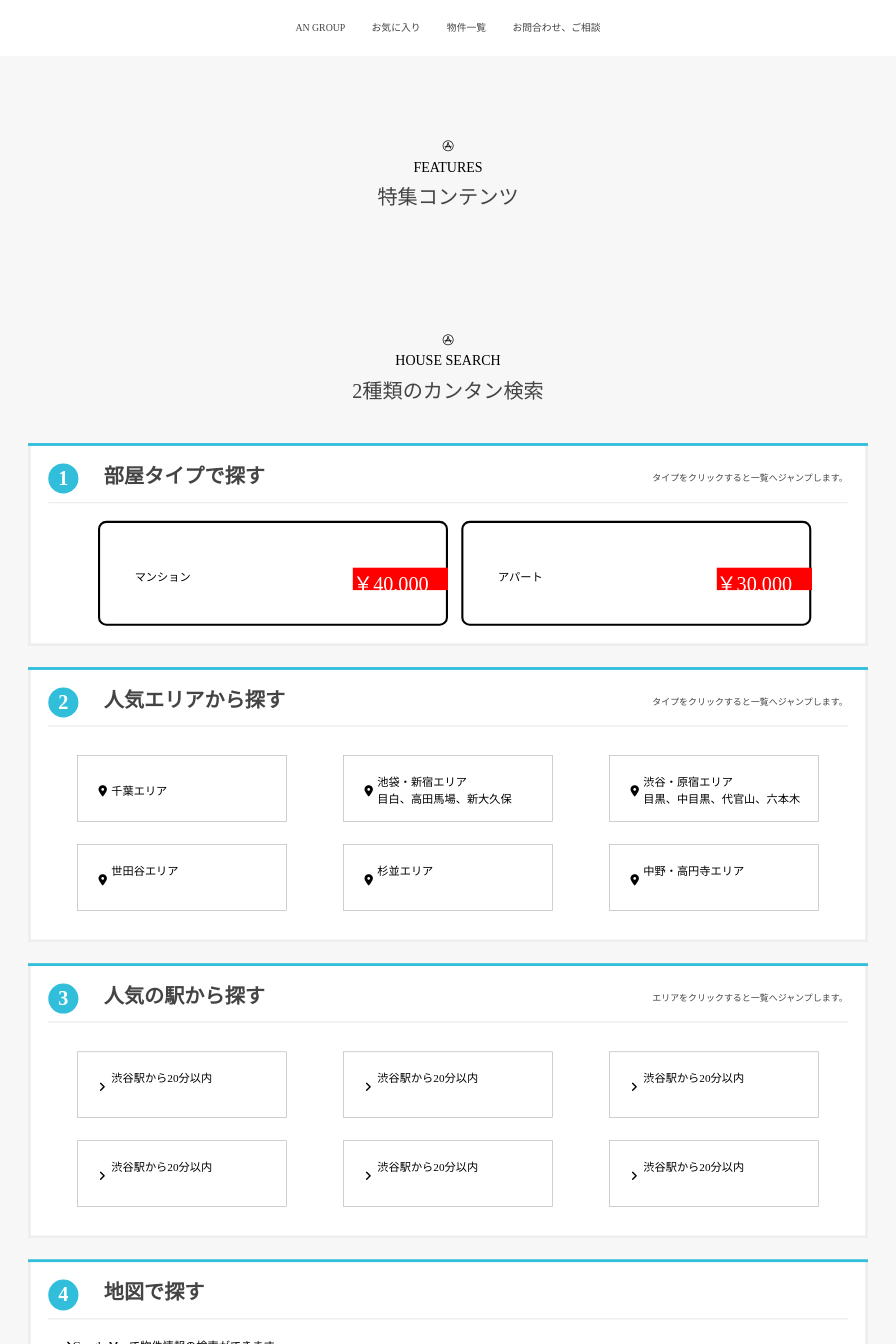
Repository: ninhdavid/real-estate
Page: index.html
The author's editor kept a copy of each file at every save. The page is drawn from the files as they stood at one save, then again after the next save.
The browser window is 1280 px wide. The pictures show the part of the page from y = 0 to 1920 px (the page is 3289 px tall), at 70% of full size.
Some web libraries are served in a nearby version. The style sheet was rebuilt from its Sass, Less or Tailwind sources for each picture, by a compiler version that may differ from the author's.

Above is the page before, as saved 2022-05-27 20:34:22.

### index.html
<!DOCTYPE html>
<html lang="en">

<head>
    <meta charset="UTF-8">
    <meta http-equiv="X-UA-Compatible" content="IE=edge">
    <meta name="viewport" content="width=device-width, initial-scale=1.0">
    <link rel="stylesheet" href="css/main.css">
    <script src="https://kit.fontawesome.com/691ec27588.js" crossorigin="anonymous"></script>
    <title>Document</title>
</head>

<body>
    <div class="main-container">
        <div class="header">
            <div class="img-header"></div>
        </div>
        <div class="main-nav">
            <ul id="nav">
                <li><a class="nav-img" href="#">
                        <!-- <img src="./asset/img/logo/logo-edited.png" alt=""> -->
                        AN GROUP
                    </a></li>
                <li><a href="#">お気に入り</a></li>
                <li><a href="#">物件一覧</a></li>
                <li><a href="#">お問合わせ、ご相談</a></li>
            </ul>
        </div>
        <div class="content">
            <div class="content-section">
                <div class="title-section">
                    <i class="fa-brands fa-app-store"></i>
                    <p>FEATURES</p>
                    <p>特集コンテンツ</p>
                </div>
                <div id="slider"> </div>
            </div>
            <div class="content-section search-section">
                <div class="title-section">
                    <i class="fa-brands fa-app-store"></i>
                    <p>HOUSE SEARCH</p>
                    <p>2種類のカンタン検索</p>
                </div>
                <div class="content-area">
                    <div class="content-box">
                        <div class="title-area">
                            <h3>
                                <span>1</span>
                                部屋タイプで探す
                            </h3>
                            <p>タイプをクリックすると一覧へジャンプします。</p>
                        </div>
                        <div class="type-list">
                            <div class="type-list-des house-type">
                                <div class="list-bg"></div>
                                <p class="list-title">マンション</p>
                                <p class="list-price">￥40,000</p>
                            </div>
                            <div class="type-list-des house-type">
                                <div class="list-bg"></div>
                                <p class="list-title">アパート</p>
                                <p class="list-price">￥30,000</p>
                            </div>
                        </div>
                    </div>
                    <div class="content-box">
                        <div class="title-area">
                            <h3>
                                <span>2</span>
                                人気エリアから探す
                            </h3>
                            <p>タイプをクリックすると一覧へジャンプします。</p>
                        </div>
                        <div class="type-list location-list">
                            <div class="type-list-des location-des location-des-center">
                                <i class="fa-solid fa-location-dot"></i>
                                <p>千葉エリア</p>
                            </div>
                            <div class="type-list-des location-des">
                                <i class="fa-solid fa-location-dot"></i>
                                <p>池袋・新宿エリア</p>
                                <p>目白、高田馬場、新大久保</p>
                            </div>
                            <div class="type-list-des location-des">
                                <i class="fa-solid fa-location-dot"></i>
                                <p>渋谷・原宿エリア</p>
                                <p>目黒、中目黒、代官山、六本木</p>
                            </div>
                            <div class="type-list-des location-des">
                                <i class="fa-solid fa-location-dot"></i>
                                <p>世田谷エリア</p>
                                <p></p>
                            </div>
                            <div class="type-list-des location-des">
                                <i class="fa-solid fa-location-dot"></i>
                                <p>杉並エリア</p>
                                <p></p>
                            </div>
                            <div class="type-list-des location-des">
                                <i class="fa-solid fa-location-dot"></i>
                                <p>中野・高円寺エリア</p>
                            </div>
                        </div>
                    </div>
                    <div class="content-box">
                        <div class="title-area">
                            <h3>
                                <span>3</span>
                                人気の駅から探す
                            </h3>
                            <p>エリアをクリックすると一覧へジャンプします。</p>
                        </div>
                        <div class="type-list station-list">
                            <div class="type-list-des station-des">
                                <i class="fa-solid fa-angle-right"></i>
                                <p>渋谷駅から</p>
                                <p>20分以内</p>
                            </div>
                            <div class="type-list-des station-des">
                                <i class="fa-solid fa-angle-right"></i>
                                <p>渋谷駅から</p>
                                <p>20分以内</p>
                            </div>
                            <div class="type-list-des station-des">
                                <i class="fa-solid fa-angle-right"></i>
                                <p>渋谷駅から</p>
                                <p>20分以内</p>
                            </div>
                            <div class="type-list-des station-des">
                                <i class="fa-solid fa-angle-right"></i>
                                <p>渋谷駅から</p>
                                <p>20分以内</p>
                            </div>
                            <div class="type-list-des station-des">
                                <i class="fa-solid fa-angle-right"></i>
                                <p>渋谷駅から</p>
                                <p>20分以内</p>
                            </div>
                            <div class="type-list-des station-des">
                                <i class="fa-solid fa-angle-right"></i>
                                <p>渋谷駅から</p>
                                <p>20分以内</p>
                            </div>
                        </div>
                    </div>
                    <div class="content-box">
                        <div class="title-area">
                            <h3>
                                <span>4</span>
                                地図で探す
                            </h3>
                        </div>
                        <div class="type-list map-list">
                            <i class="fa-solid fa-angle-right"></i>
                            <p>Google Map</p>
                            <p>で物件情報の検索ができます</p>
                        </div>
                    </div>
                </div>
            </div>
            <div class="content-section">
                <div class="title-section">
                    <i class="fa-brands fa-app-store"></i>
                    <p>PICK UP!!</p>
                    <p>ピックアップ物件</p>
                </div>
                <div class="house-list-show">
                    <div class="house-1"></div>
                    <div class="house-2"></div>
                    <div class="house-3"></div>
                    <div class="house-4"></div>
                    <div class="house-5"></div>
                    <div class="house-6"></div>
                    <div class="house-7"></div>
                    <div class="house-8"></div>
                    <div class="house-9"></div>
                </div>
            </div>
        </div>

    </div>



</body>
<script src="asset/java-script/chat-online.js"></script>

</html>

### css/main.scss


*{
    padding: 0;
    margin: 0;
    box-sizing: border-box;
}

.main-nav{
    // height: 85px;
    background-color: #fff;
    width: 100%;
    z-index:10;
    height: 5em;
    text-align: center;
}
#nav{
    display:inline-block;
}
#nav,
.subnav {
    list-style-type: none;
}
#nav > li{
    display:inline-block;
}
#nav  li{
    position: relative;
    top:11px;
}
#nav li a{
    display: block;
    text-decoration: none;
    line-height: 24px;
    font-size: 14px;
    padding: 1.2em;
}
#nav>li>a{
    color: rgb(68,68,68);
    text-transform: uppercase;
}
// .nav-img{
//     background-image: url("/asset/img/logo/logo-edited.png");
//     height:80px;
//     width: 100px;
//     padding: 5px 0;
//     background-position: center; /* Center the image */
//     background-repeat: no-repeat; /* Do not repeat the image */
//     background-size: cover;
// }
.content{
    background-color: #f7f7f7;
    padding: 60px 5px;
}
.content-section{
    display: block;
    text-align: center;
    padding:60px 0;
}
.title-section{

}
.search-section{

}
.title-section i {

}
.tittle-section p{
    font-weight: bold;
}
.title-section>p:nth-of-type(1){
    font-size: 1.25em;
    line-height: 1;
    padding: 10px 0;
}
.title-section p:nth-of-type(2){
    font-size: 1.8em;
    // font-size: 32px;
    color: #444444;
    padding-bottom: 2em;
}
.content-area{
    width: 1200px;
    margin: 0 auto;
}

.content-box{
    // display:relative;
    width: 100%;
    padding: 25px;
    border: 4px solid #eeeeee;
    position: relative;
    margin-bottom:30px;
    background-color: #fff;
}
.content-box:before{
    content: "";
    display: block;
    position: absolute;
    left: -4px;
    top: -4px;
    width: calc(100% + 8px);
    height: 4px;
    background-color: #30bedb;
}
.content-box p {
    display: inline-block;
}
.title-area{
    display:flex;
    justify-content:space-between;
    // font-size: 1.8em;
    line-height: 1.2;
    text-align: center;
    align-items:center;
    padding-bottom: 0.7em;
    border-bottom: 2px solid #eeeeee;
}
.title-area h3{
    font-size: 1.8em;
    color: #444444;
}
.title-area>h3>span{
    width: 1.5em;
    line-height: 1.5em;
    background-color: #30bedb;
    color: #fff;
    display:inline-block;
    vertical-align: middle;
    margin-right: 1em;
    // font-size: 1.6428571429em;
    // font-size: 1.17em;
    font-weight: bold;
    text-align: center;
    border-radius: 50% 50% 50% 50%;
}
.title-area>p{
    font-size: 0.8em;
    color: #444444;
}
.type-list{
    padding: 25px 25px 0px 25px;
    display: flex;
    flex-wrap: wrap;
    flex-direction:row;
    justify-content: center;
}
.type-list-des{
    width: 500px;
    height:150px;
    position: relative;
}
.house-type{
    margin-left: 1.2em;
    border: 3px solid;
    border-radius: 12px;
}
.type-list-des > i{
    position: absolute;
    left: 10%;
    top: 45%;
}



.list-bg{
    position: absolute;
    background: no-repeat center center / cover;
    transition: all 0.3s ease;
    background-color: red;
}
.list-title{
    position:absolute;
    left: 10%;
    top: 45%;
}
.list-price{
    position:absolute;
    right: 5%;
    top: 45%;
    z-index: 1;
    font-size:1.8em;
    color: white;
}
.list-price::before{
    content:"";
    display: block;
    position: absolute;
    top: 0;
    left: 0;
    background-color: red;
    width:136px;
    height: 32px;
    z-index: -1;
}
.location-des-center>p{
    transform:translateY(55%)
}
.station-list,
.location-list{
    display: flex;
    justify-content:space-between;
}
.station-des
,.location-des{
    border:1px solid #bbbbbb;
    height:95px;
    width:300px;
    margin: 1em;
}
// .station-des i{
//     display:block;
//     float:left;
//     margin-top:15px;
// }
.station-des>p,
.location-des>p{
    float:left;
    position: relative;
    left: 3em;
    top: 1.5em;
}
// .station-list{
//     display: flex;
//     justify-content:space-between;
// }
// .station-des{
//     border:1px solid #bbbbbb;
//     height:95px;
//     width:300px;
//     margin: 1em;
// }

.map-list{
    display: flex;
    justify-content:flex-start;
    align-items:center;
}

.house-list-show{
    margin: 0 auto;
    display:grid;
    grid-template-areas:
    "a a b c"
    "d e f f"
    "g g h i";
    grid-template-rows: 300px 300px 300px;
    grid-template-columns: 25% 25% 25% 25%;
    width: 1200px;
}
.house-1{
    grid-area: a;
    background-color: red;
}
.house-2{
    grid-area: b;
    background-color: blue;
}
.house-3{
    grid-area: c;
    background-color: green;
}
.house-4{
    grid-area: d;
}
.house-5{
    grid-area: e;
}
.house-6{
    grid-area: f;
}
.house-7{
    grid-area: g;
}
.house-8{
    grid-area: h;
}
.house-9{
    grid-area: i;
}

Loaded but not shown: asset/java-script/chat-online.js (no stored copy; drawn as an empty file)

After the next save:
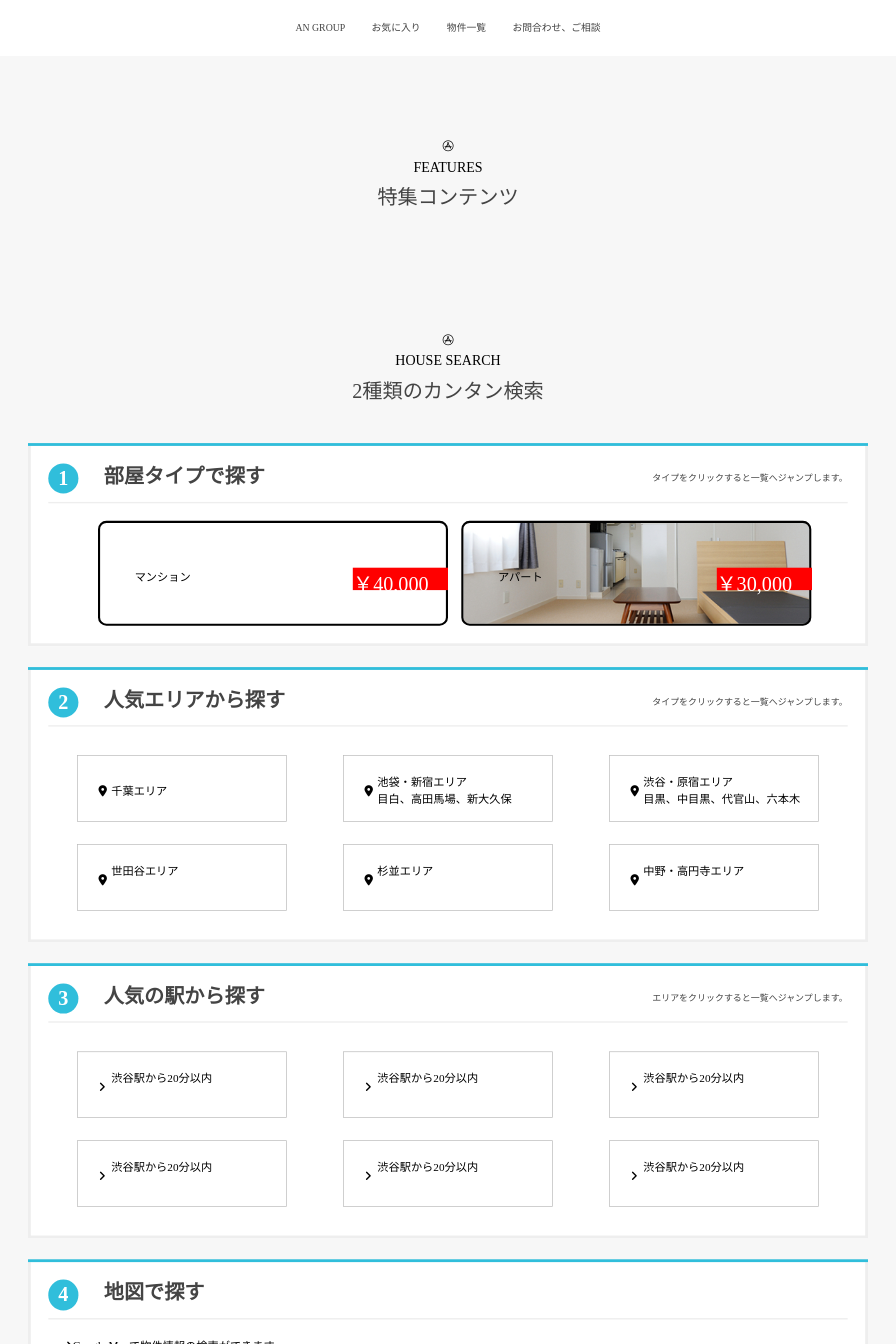
Saved 2 min 1 s later.
--- a/index.html
+++ b/index.html
@@ -56,7 +56,8 @@
                                 <p class="list-title">マンション</p>
                                 <p class="list-price">￥40,000</p>
                             </div>
-                            <div class="type-list-des house-type">
+                            <div class="type-list-des house-type"
+                                style="background-image:url(./asset/img/img-for-homepage/img-type4.jpg);">
                                 <div class="list-bg"></div>
                                 <p class="list-title">アパート</p>
                                 <p class="list-price">￥30,000</p>
